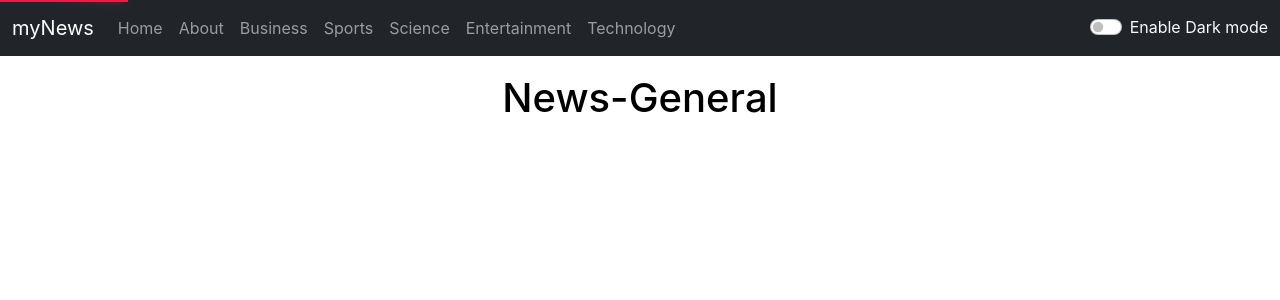
Repository: JatinjeetSingh12/newsapp
Page: /
An editor plug-in stored every save of this project. The page is shown before and after the next save, followed by the edit.
The browser window is 1280 px wide. The pictures show the whole page.
The page's requests for data from a server got no answer. The project was rebuilt for these pictures with package versions that can differ from the ones it lists, and the page was loaded fresh each time. No one was signed in, and anything a server would have sent is missing. Also part of the build but not shown: src/components/Item.js, src/components/Spinner.js.

Above is the page before, as saved 2022-09-29 17:09:57.

After the next save:
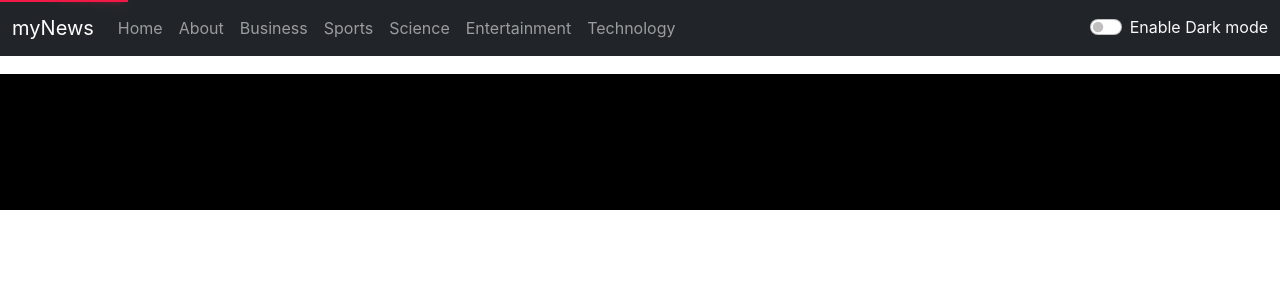
Saved 35 s later.
--- a/src/components/News.js
+++ b/src/components/News.js
@@ -62,7 +62,7 @@
         <>
 
 
-            <div style={{ color: props.mode === 'light' ? 'black' : 'white' }}>
+            <div style={{ backgroundColor: props.mode === "dark" ? "white" : "black", color: props.mode === "dark" ? "white" : "black" }}>
                 <h1 className="text-center" style={{ margin: "56px 0px",marginTop:"74px" }}>News-{capitalizeFirstLetter(props.category)}</h1>
 
 

After the 5 saves that followed:
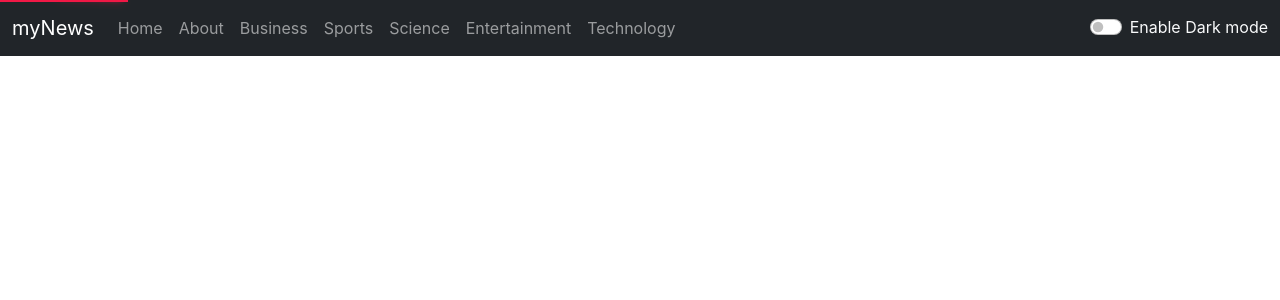
The 5 saves are shown as one change because 2 left the picture as it was and some came seconds apart.
The last was saved 2 min 34 s later.
--- a/src/App.js
+++ b/src/App.js
@@ -13,18 +13,19 @@
   const  size = 5;
   const  apikey = '26fd3a8b82f14d0a8394d95169631e3f';
 
-  const [mode,setmode] = useState("light");
+  const [mode,setmode] = useState("dark");
 
   const togglemode = () => {
     if (mode == "light") {
       setmode("dark");
-      document.body.style.backgroundColor = "black";
+      // document.body.style.backgroundColor = "black";
     }
     else {
       setmode("light");
-      document.body.style.backgroundColor = "white";
+      // document.body.style.backgroundColor = "white";
     }
   }
+
   const [progress,setprogress] = useState(0);
 
 
